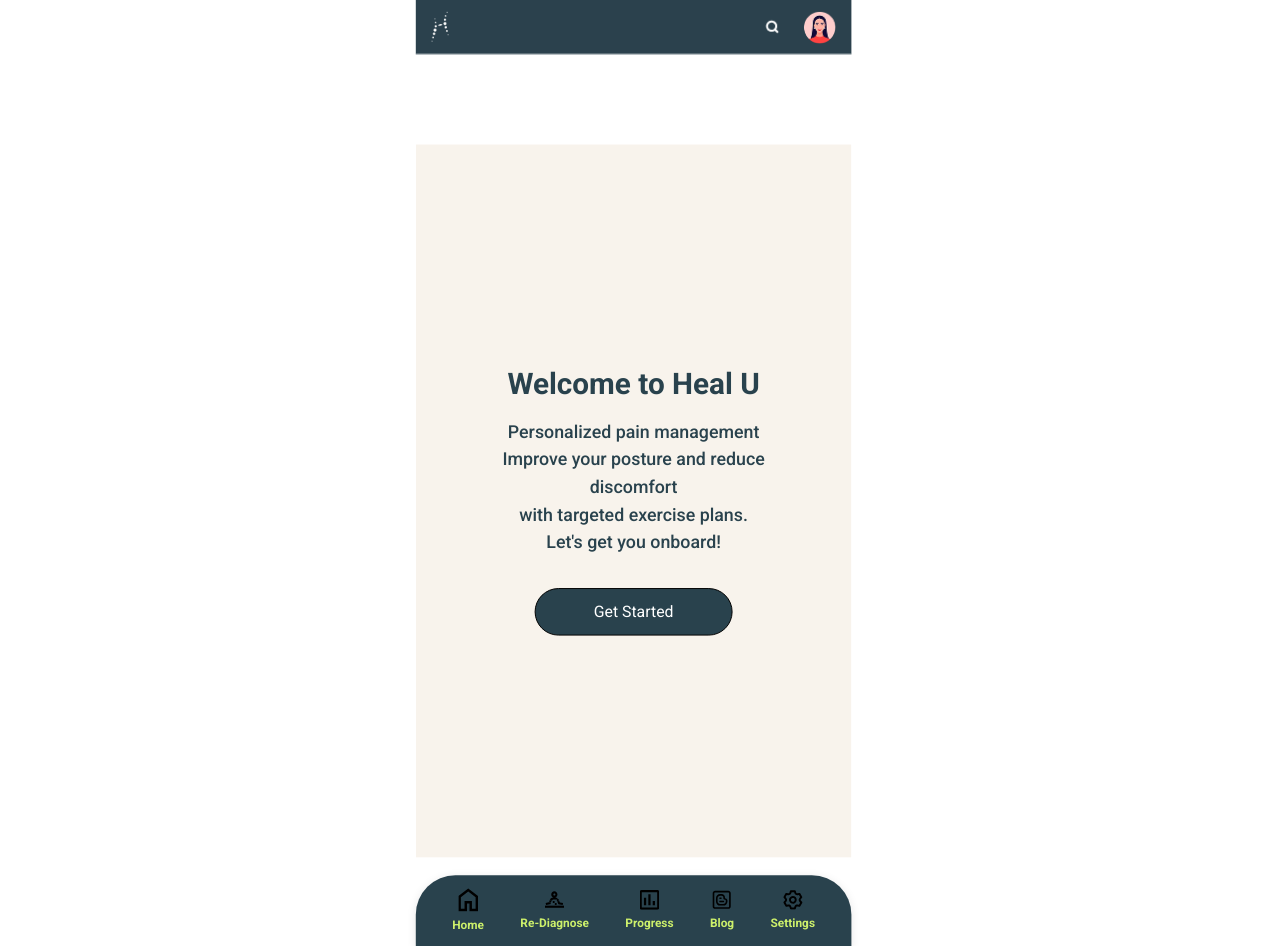
Repository: patcha-d3/heal_u
Page: /
The author's editor kept a copy of each file at every save. The page is drawn from the files as they stood at one save, then again after the next save.
The browser window is 1280 px wide. The pictures show the whole page, at 99% of full size.
The project was rebuilt for these pictures with package versions that can differ from the ones it lists, and the page was loaded fresh each time. The framework's server and built-in components were replaced by stand-ins that run in the browser. Also part of the build but not shown: next.config.js, next.config.mjs.

Above is the page before, as saved 2025-05-16 19:38:02.

After the next save:
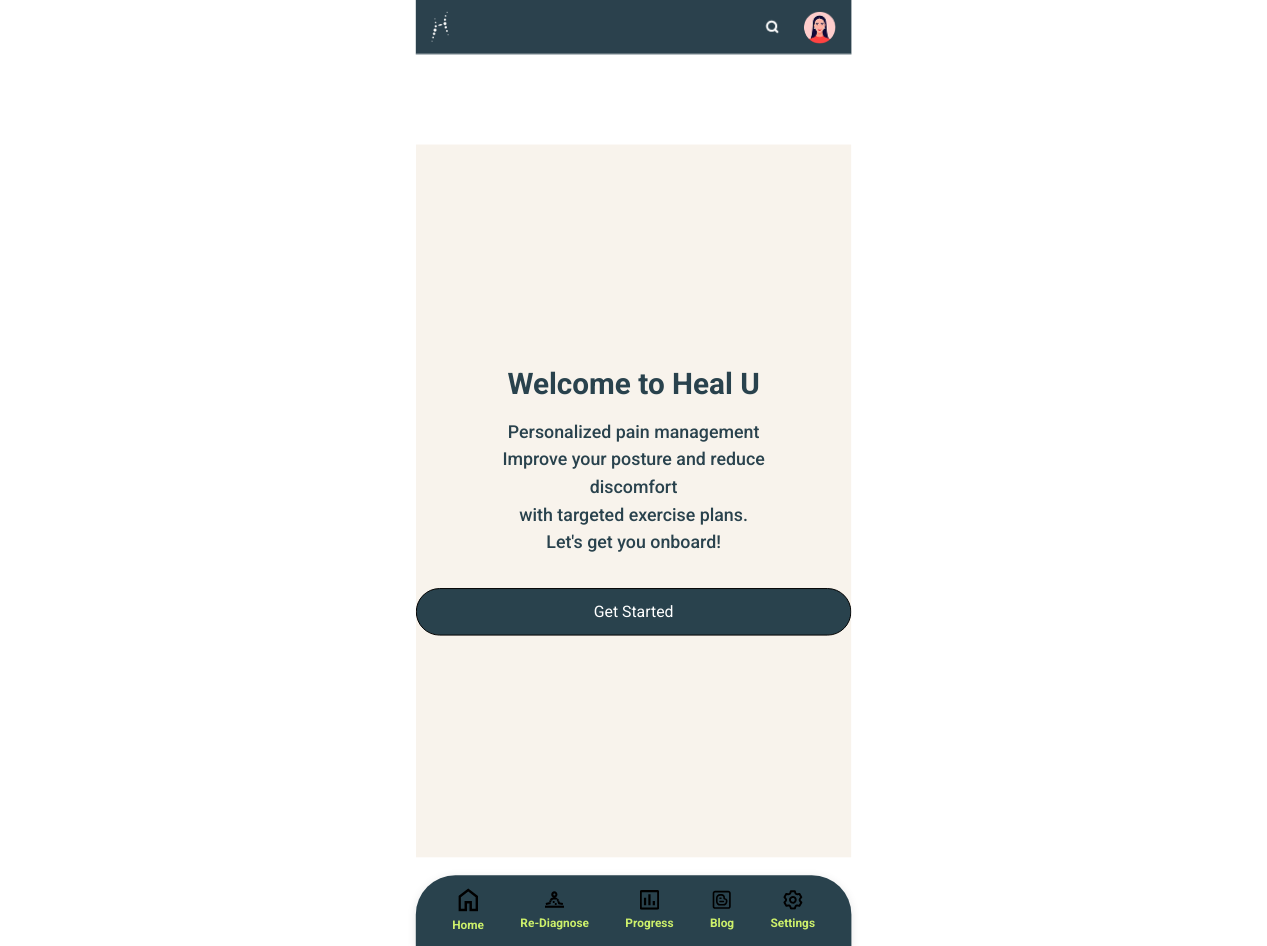
Saved 47 s later.
--- a/app/page.js
+++ b/app/page.js
@@ -21,7 +21,7 @@
 			</p>
 			<Button
 				text='Get Started'
-				fullWidth={false}
+				fullWidth={true}
 				onClick={() =>
 					router.push("/onboarding/step-one")
 				}

After the 2 saves that followed:
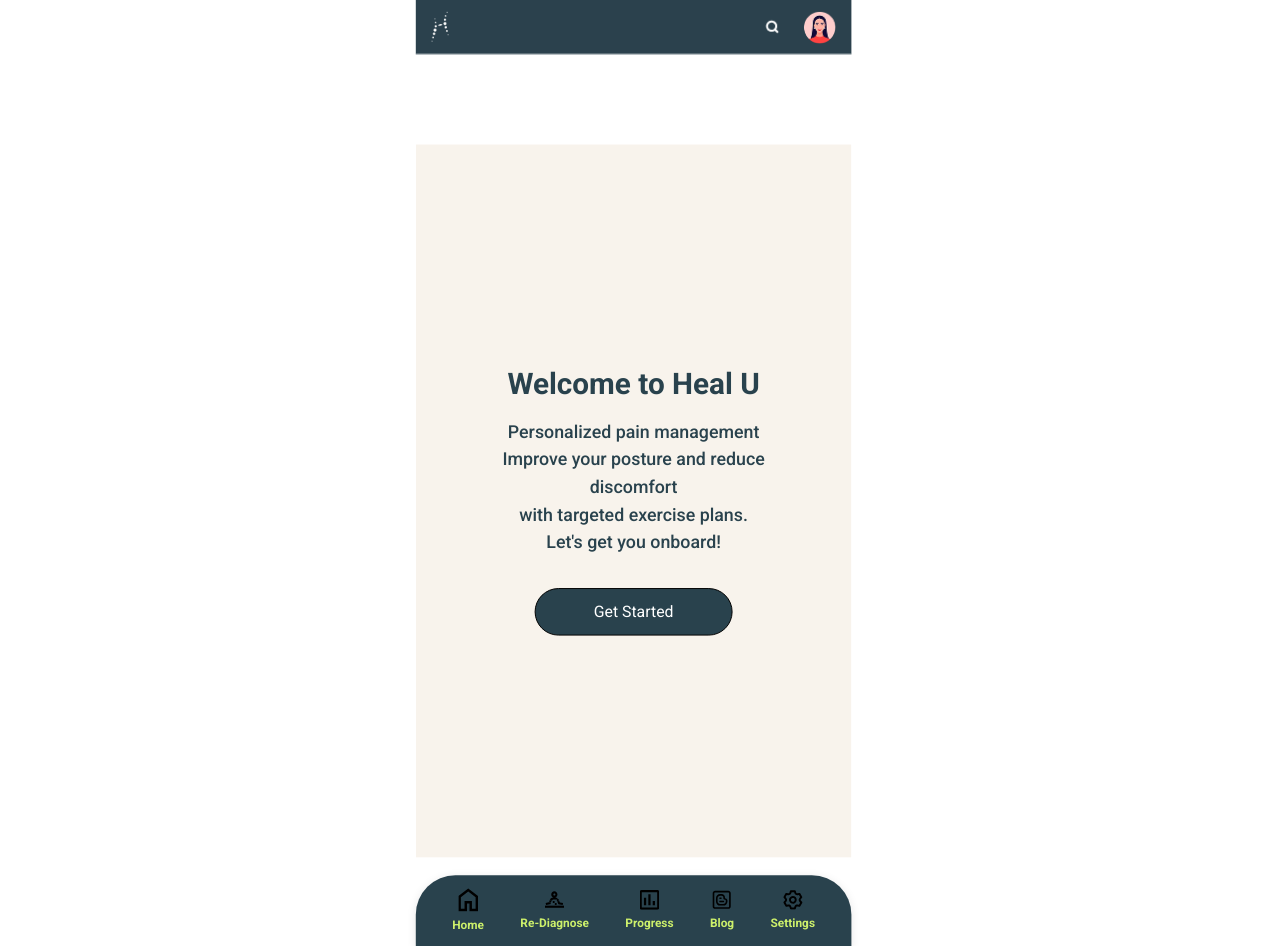
The 2 saves are shown as one change because 1 left the picture as it was.
The last was saved 47 s later.
--- a/app/page.js
+++ b/app/page.js
@@ -21,10 +21,11 @@
 			</p>
 			<Button
 				text='Get Started'
-				fullWidth={true}
+				fullWidth={false}
 				onClick={() =>
 					router.push("/onboarding/step-one")
 				}
+				className='py-3 w-48'
 			/>
 		</div>
 	);
